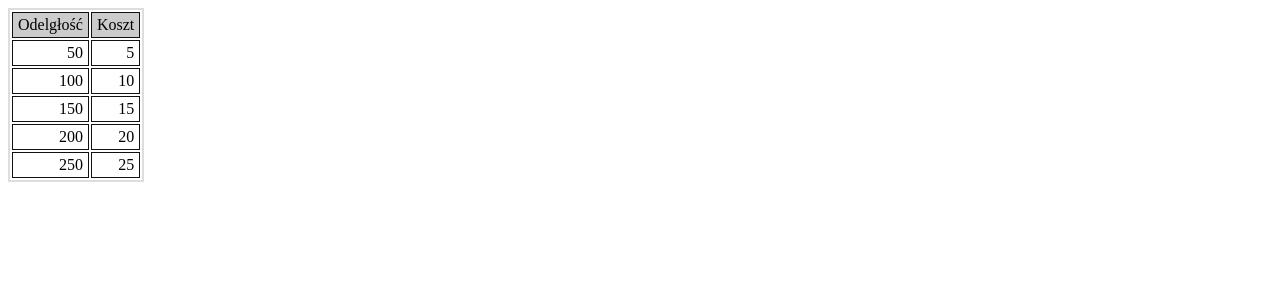
Repository: gabr/workspace
Page: http://localhost/
The author's editor kept a copy of each file at every save. The page is drawn from the files as they stood at one save, then again after the next save.
The browser window is 1280 px wide. The pictures show the whole page.
The page is run by PHP 8.4 with error messages shown; the project is at /var/www/html/.

Above is the page before, as saved 2013-02-25 16:40:04.

After the next save:
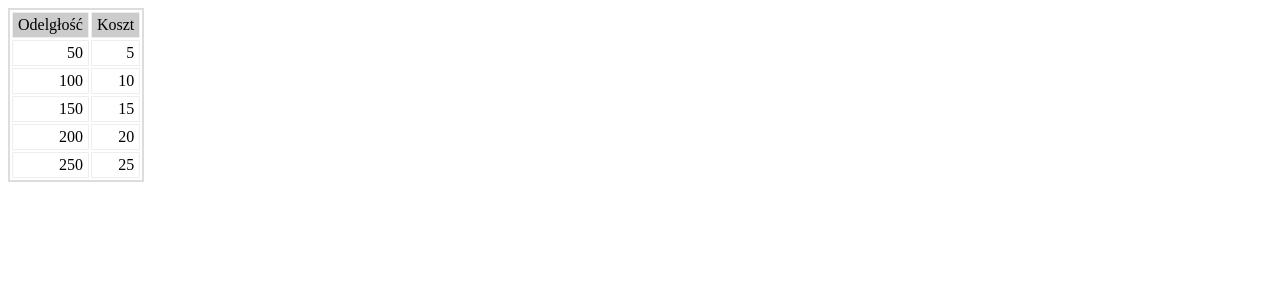
Saved 28 s later.
--- a/php 003 - petle/style.css
+++ b/php 003 - petle/style.css
@@ -9,7 +9,7 @@ tr:first-child {
 }
 
 td {
-  border: 1px solid #111111;
+  border: 1px solid #eeeeee;
 }
 
 td {
